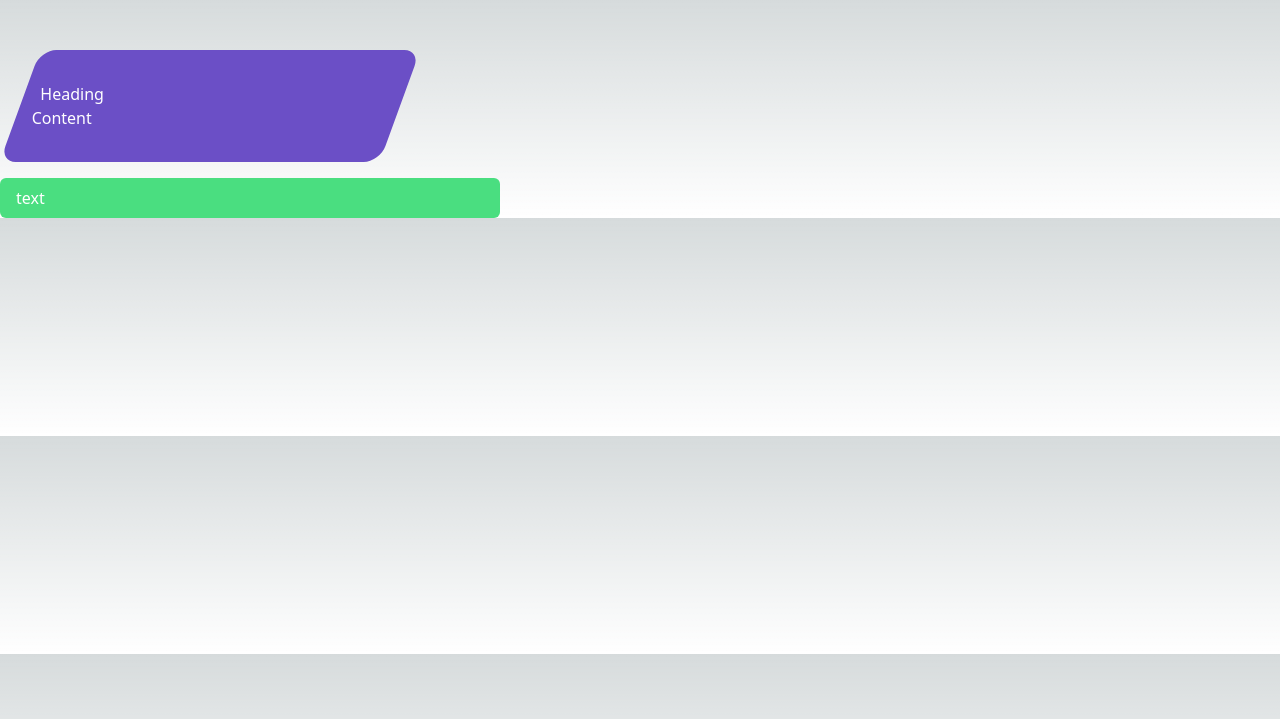
Repository: PreciousOritsedere/jasere-test
Page: /
An editor plug-in stored every save of this project. The page is shown before and after the next save, followed by the edit.
The browser window is 1280 px wide. The pictures show the whole page.
The project was rebuilt for these pictures with package versions that can differ from the ones it lists, and the page was loaded fresh each time. The framework's server and built-in components were replaced by stand-ins that run in the browser. Also part of the build but not shown: next.config.mjs.

Above is the page before, as saved 2024-03-26 14:57:28.

After the next save:
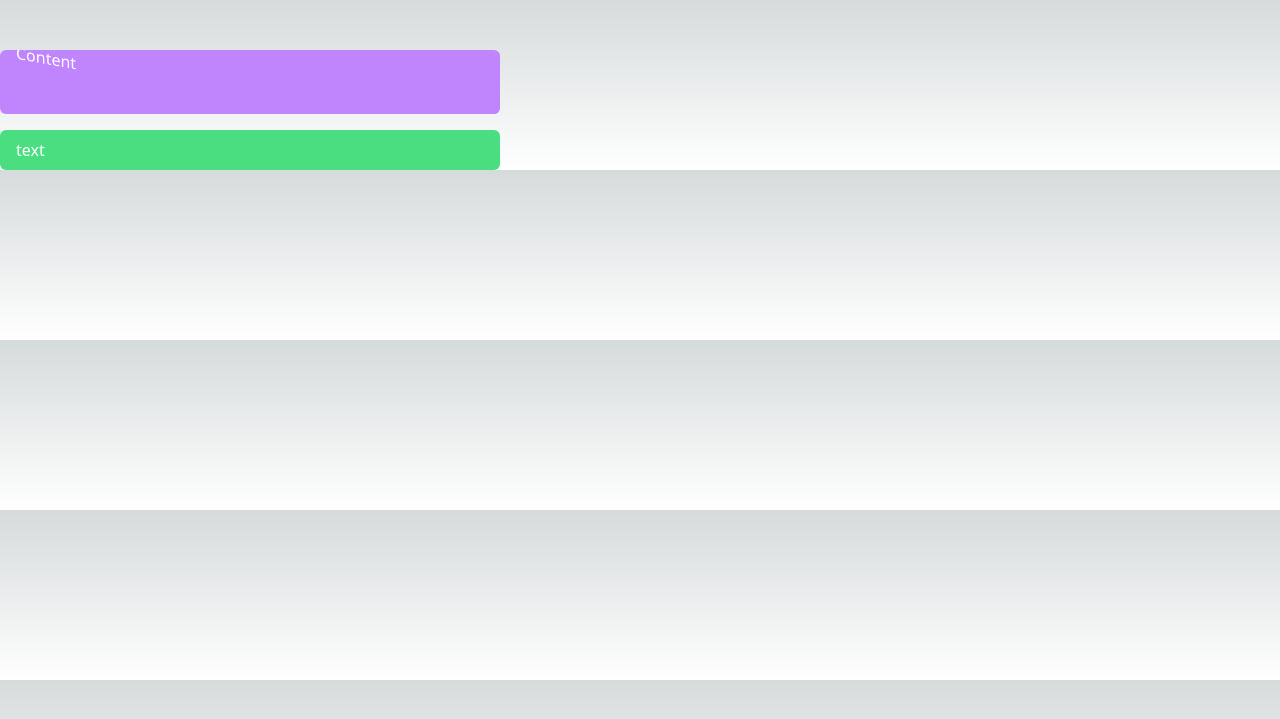
Saved 27 s later.
--- a/src/styles/globals.css
+++ b/src/styles/globals.css
@@ -32,21 +32,34 @@ body {
   }
 }
 
-.parallelogram {
-  background: #6b4fc6; /* Or use bg-purple-400 if you're using a utility-first CSS framework */
-  color: white;
-  padding: 16px; /* px-4 */
-  padding-top: 32px; /* py-2, adjusted for the skew */
-  padding-bottom: 32px; /* py-2, adjusted for the skew */
-  transform: skew(-20deg);
-  margin-left: 20px;
-  margin-right: 100px; /* Adjusted for the skew to prevent text overflow */
-  position: relative;
-  overflow: hidden; /* Prevents the child elements from overflowing */
-  border-radius: 16px;
+@layer components {
+  .parallelogram {
+    padding: 16px; /* px-4 */
+    position: relative;
+    overflow: hidden; /* Hide the pseudo-element overflow */
+    border-radius: 0.5rem; /* rounded-md */
+  }
+
+  .parallelogram::before {
+    content: "";
+    position: absolute;
+    right: 0;
+    top: 0;
+    bottom: 0;
+    left: 0;
+    background: inherit;
+    border-radius: inherit;
+    transform: skewY(-10deg);
+    transform-origin: top right;
+    z-index: -1;
+  }
+
+  .parallelogram .content {
+    position: relative; /* Ensures content is above pseudo-element */
+  }
+
+  .parallelogram h3,
+  .parallelogram p {
+    transform: skewY(10deg);
+  }
 }
-
-.parallelogram h3,
-.parallelogram p {
-  transform: skew(20deg);
-}
